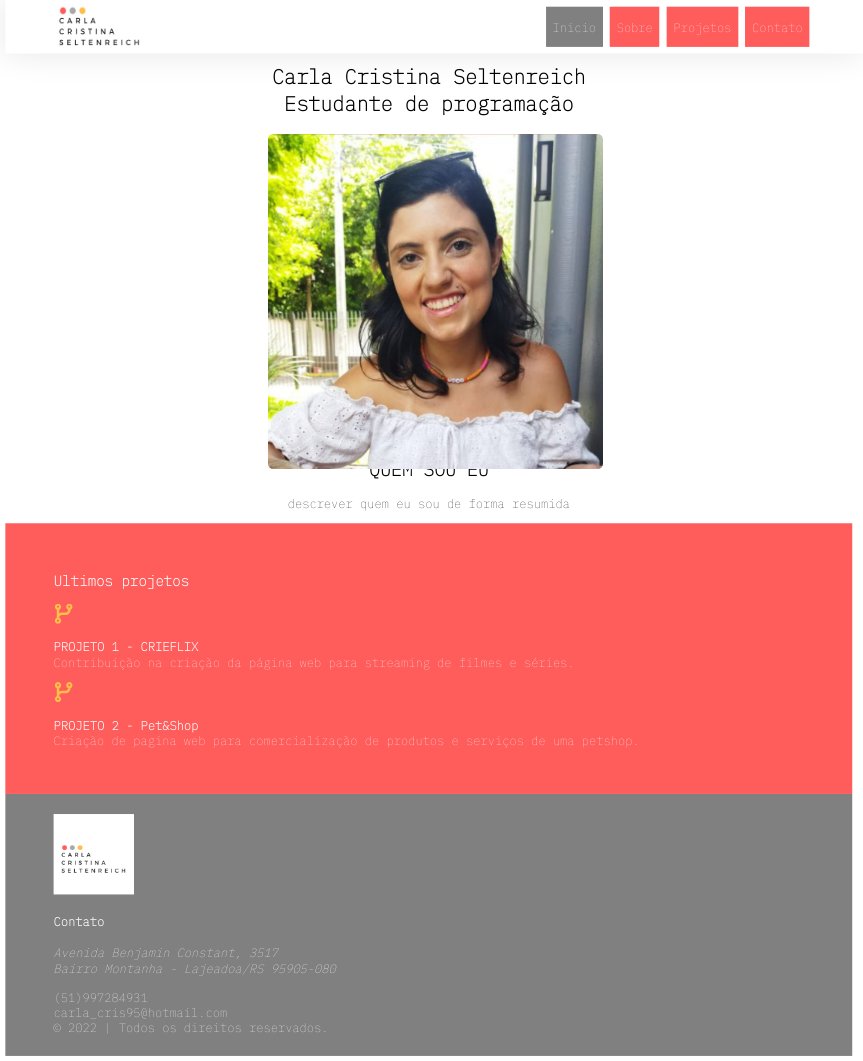
Repository: carla-seltenreich/portfolio
Page: index.html
The author's editor kept a copy of each file at every save. The page is drawn from the files as they stood at one save, then again after the next save.
The browser window is 1280 px wide. The page is 1288 px wide, so the pictures cover 1288 px, including what lies to the right of the window. The pictures show the whole page, at 67% of full size.

Above is the page before, as saved 2022-05-24 22:46:02.

### index.html
<!DOCTYPE html>
<html lang="en">

<head>
    <meta charset="UTF-8">
    <meta http-equiv="X-UA-Compatible" content="IE=edge">
    <meta name="viewport" content="width=device-width, initial-scale=1.0">
    <title>Carla Cristina Seltenreich</title>
    <link rel="preconnect" href="https://fonts.googleapis.com">
    <link rel="preconnect" href="https://fonts.gstatic.com" crossorigin>
    <link rel="stylesheet" href="style.css">

    <link href="preconnect" href="https://fonts.googleapis.com">
    <link rel="preconnect" href="https://fonts.gstatic.com" crossorigin>
    <link href="https://fonts.googleapis.com/css2?family=IBM+Plex+Mono:wght@100&family=Questrial&display=swap"
        rel="stylesheet">
</head>

<body>
    <header class="header">
        <div class="container header-container">
            <img src="Carla cristina sELTENREICH.jpg" alt="logo" class="brand">
            <ul class="nav">
                <li>
                    <a href="index.html" class="active">Inicio</a>
                </li>
                <li>
                    <a href="about.html">Sobre</a>
                </li>
                <li>
                    <a href="project.html">Projetos</a>
                </li>
                <li>
                    <a href="contact.html">Contato</a>
                </li>
            </ul>
        </div>
    </header>
    <div class="name">
        <h1 class="name-title">
            Carla Cristina Seltenreich<br>
            Estudante de programação
        </h1>
    </div>
    </header>
    <section class="banner">
        <img class="photo-banner" src="carla.png">
    </section>
    <section class="about-home">
        <div class="text-about-home">
            <br>
            <br>
            <br>
            <br>
            <br>
            <br>
            <br>
            <br>
            <br>
            <br>
            <br>
            <br>
            <br>
            <br>
            <br>
            <br>
            <br>
            <br>
            <br>
            <br>
            <h1>QUEM SOU EU</h1>
            <P>descrever quem eu sou de forma resumida</P>
        </div>
    </section>
    <section class="lastest-projects-home">
        <div class="container">
            <h3>Ultimos projetos</h3>
            <img src="code-branch-solid.svg" alt="logo-project" class="logo-project">
            <p><strong>PROJETO 1 - CRIEFLIX</strong><br>
                Contribuição na criação da página web para streaming de filmes e séries.</p>
            <img src="code-branch-solid.svg" alt="logo-project" class="logo-project">
            <p><strong>PROJETO 2 - Pet&Shop</strong><br>
                Criação de pagina web para comercialização de produtos e serviços de uma petshop.<br>
            </p>
        </div>

    </section>
    <footer class="footer">
        <div class="container">
            <img src="Carla cristina sELTENREICH.png" alt="logo" class="brand">
            <div class="footer-container">
                <div class="footer-contact">
                    <h4>Contato</h4>

                    <address>Avenida Benjamin Constant, 3517 <br />Bairro Montanha - Lajeadoa/RS 95905-080
                    </address>
                    <a href="#">(51)997284931</a>
                    <a href="#">carla_cris95@hotmail.com</a>
                </div>

                <div class="footer-social-medias">

                </div>
                <div class="copyright">© 2022 | Todos os direitos reservados.</div>
            </div>
    </footer>
</body>

</html>

### style.css
body {
    font-family: 'IBM Plex Mono';
    font-size: 18px;
    padding-top: 60px;
}

.container {
    max-width: 1120px;
    margin: 0 auto;
}
.header {
    background: #fff;
    position: absolute;
    width: 100%;
    top: 0;
    z-index: 1;
    padding: 10px 0;
    box-shadow: 0 0 50px rgba(0, 0, 0, 0.1);
    box-sizing: border-box;
    align-items: center;
}

.header-container {
    display: flex;
    justify-content: space-between;
}

.brand {
    max-width: 120px;
}

.nav {
    margin: 0;
    padding: 0;
    list-style: none;
}
.nav li {
    background-color: #ff5c5c;
    display: inline-block;
}
.nav a {
    color: #fff;
    display: block;
    height: 20px;
    padding: 20px 10px;
    text-decoration: none;
}
.nav a:hover {
    color: gray;

}
.nav a.active {
    color: #fff;
    background: gray;
}
.name {
    padding: 7px;
}
.name-title {
    text-align: center;
    font-size: 30px;
}


.photo-banner {
    background-color: #ff5c5c;
    position: absolute;
    width: 500px;
    left: 400px;
    top: 200px;
    border-radius: 8px;
}
.lastest-projects-home {
    background-color: #ff5c5c;
    color: #fff;
    padding: 50px;
    position: center;
}
.logo-project {
    width: 30px;
    height: 30px;
}

.text-about-home {
    text-align: center;
}

.footer {
    color: #fff;
    background: grey;
    padding: 30px 0;
}

.footer-container {
    display: block;
    justify-content: center;
}
.footer-contact a {
    display: block;
    color: #fff;
    text-decoration: none;
}

.footer-social-medias {

}

.footer-contact address {
    margin-bottom: 20px;
}

### code-branch-solid.svg
<svg xmlns="http://www.w3.org/2000/svg" viewBox="0 0 448 512"><!--! Font Awesome Pro 6.1.1 by @fontawesome - https://fontawesome.com License - https://fontawesome.com/license (Commercial License) Copyright 2022 Fonticons, Inc. --><path fill= "#ffbd4a" d="M160 80C160 112.8 140.3 140.1 112 153.3V241.1C130.8 230.2 152.7 224 176 224H272C307.3 224 336 195.3 336 160V153.3C307.7 140.1 288 112.8 288 80C288 35.82 323.8 0 368 0C412.2 0 448 35.82 448 80C448 112.8 428.3 140.1 400 153.3V160C400 230.7 342.7 288 272 288H176C140.7 288 112 316.7 112 352V358.7C140.3 371 160 399.2 160 432C160 476.2 124.2 512 80 512C35.82 512 0 476.2 0 432C0 399.2 19.75 371 48 358.7V153.3C19.75 140.1 0 112.8 0 80C0 35.82 35.82 0 80 0C124.2 0 160 35.82 160 80V80zM80 104C93.25 104 104 93.25 104 80C104 66.75 93.25 56 80 56C66.75 56 56 66.75 56 80C56 93.25 66.75 104 80 104zM368 56C354.7 56 344 66.75 344 80C344 93.25 354.7 104 368 104C381.3 104 392 93.25 392 80C392 66.75 381.3 56 368 56zM80 456C93.25 456 104 445.3 104 432C104 418.7 93.25 408 80 408C66.75 408 56 418.7 56 432C56 445.3 66.75 456 80 456z"/></svg>

After the next save:
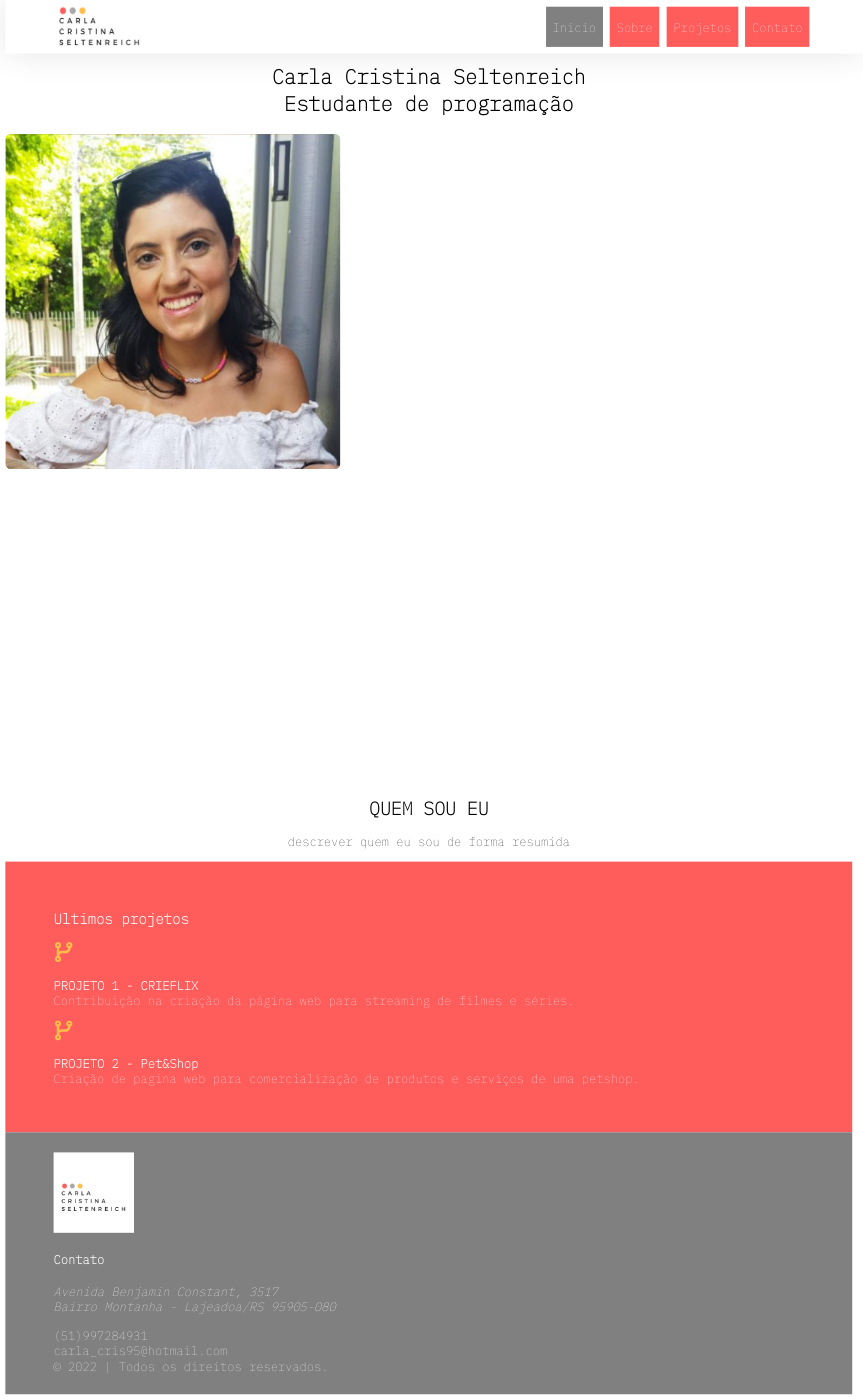
Saved 67 s later.
--- a/style.css
+++ b/style.css
@@ -64,10 +64,7 @@ body {
 
 .photo-banner {
     background-color: #ff5c5c;
-    position: absolute;
     width: 500px;
-    left: 400px;
-    top: 200px;
     border-radius: 8px;
 }
 .lastest-projects-home {
